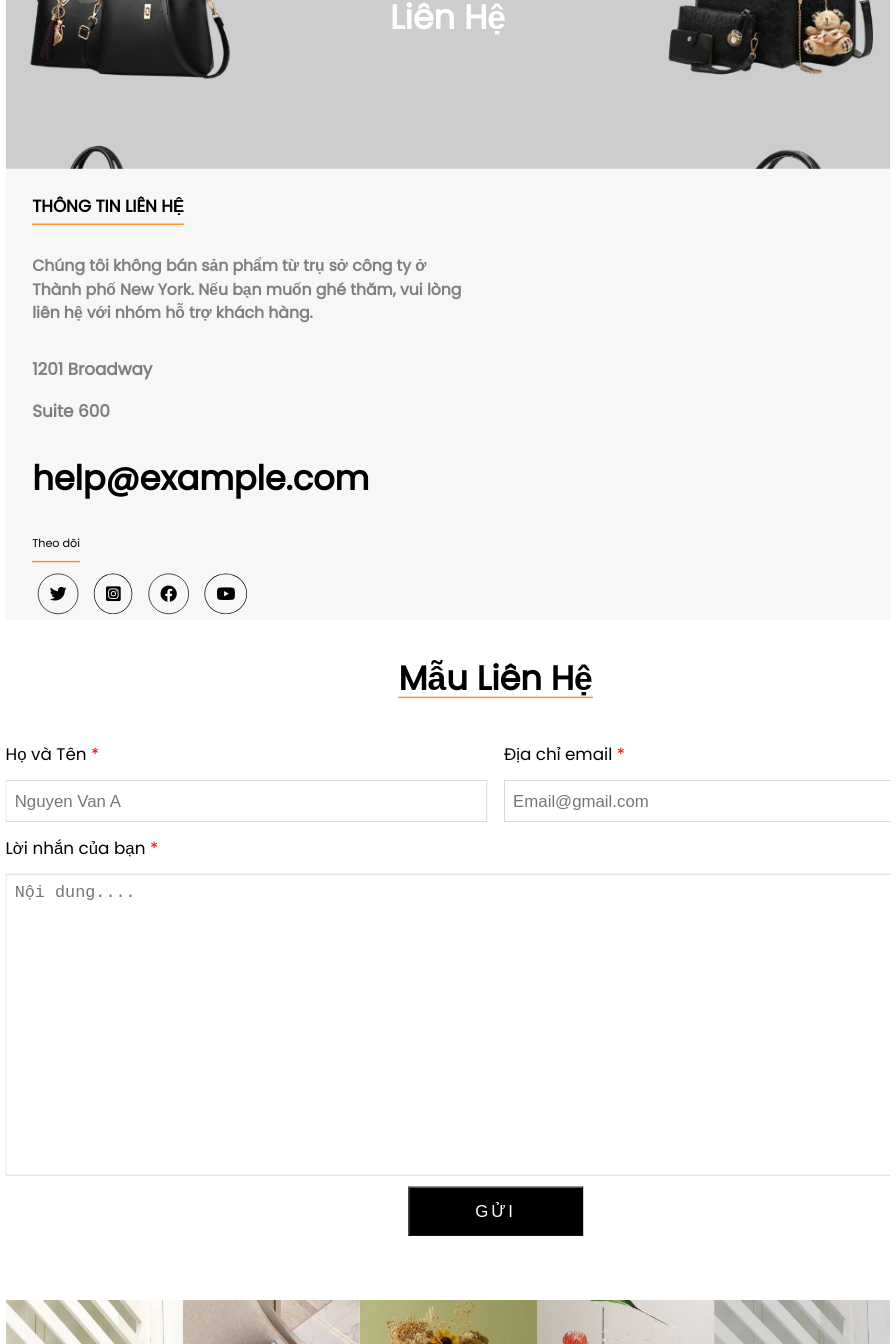
Repository: minh352623/project_firebase
Page: contact.html
These files come from the project's save history. The page is drawn as it stood at one moment and after the next save; the edit follows.
The browser window is 1280 px wide. The pictures show the part of the page from y = 355 to 2275 px (the page is 2926 px tall before and 2935 px after), at 70% of full size.
Some web libraries are served in a nearby version.

Above is the page before, as saved 2022-05-12 20:12:17.

After the next save:
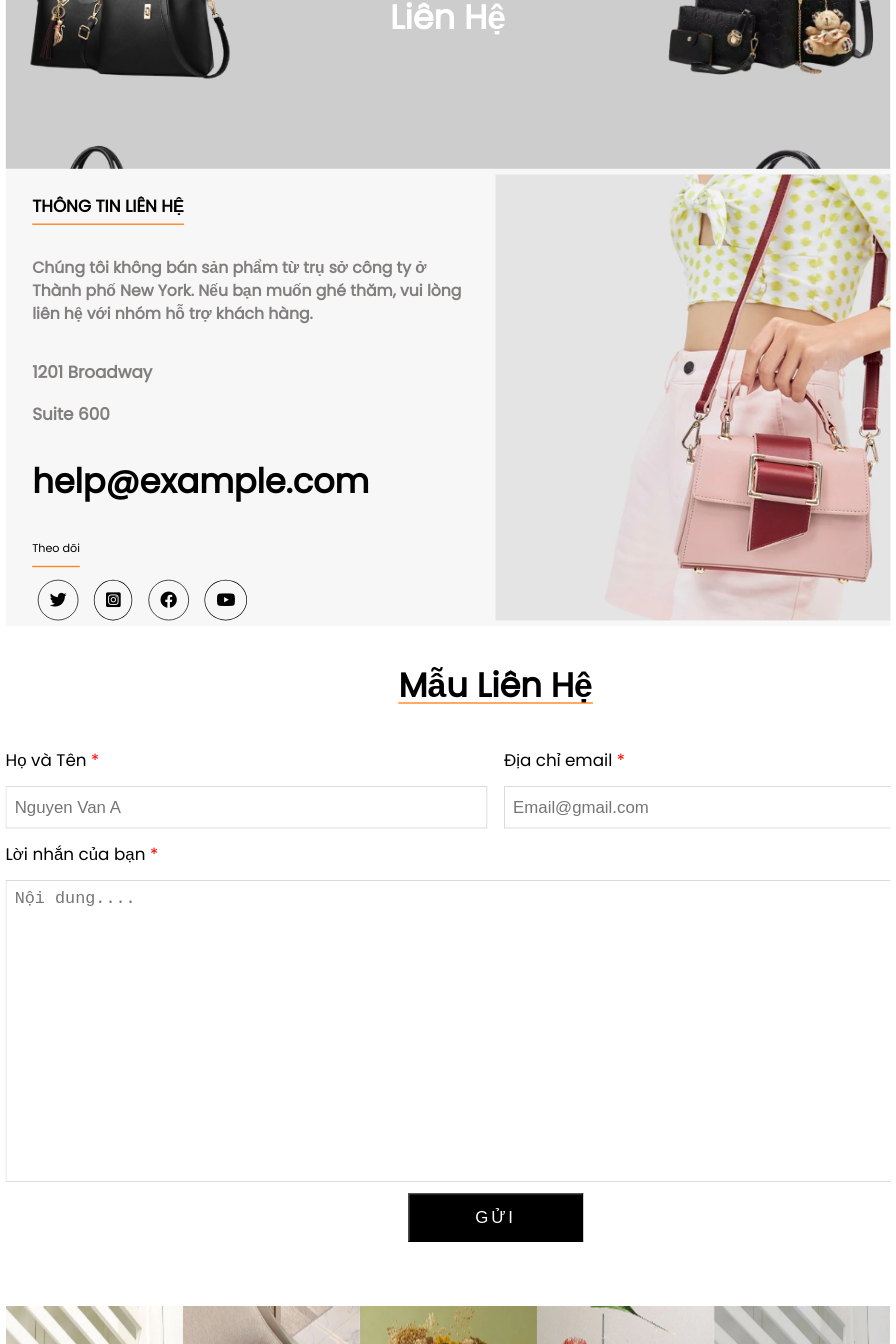
Saved 20 s later.
--- a/contact.html
+++ b/contact.html
@@ -136,7 +136,7 @@
 
 
             </div>
-            <div class="contact-images none">
+            <div class="contact-images ">
               <img src="./assets/img/contact/contact-bn2.png" alt="">
             </div>
           </div>
